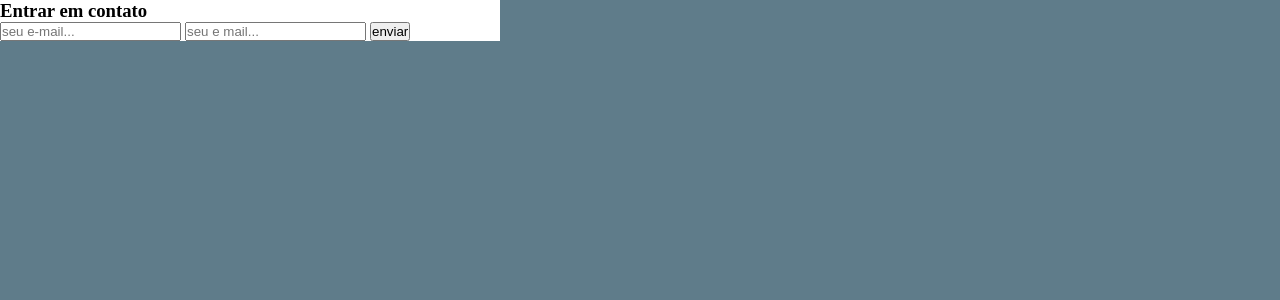
Repository: josceno/Sistema-para-controle-de-experimenta-o-animal
Page: index.html
These files come from the project's save history. The page is drawn as it stood at one moment and after the next save; the edit follows.
The browser window is 1280 px wide. The pictures show the whole page.

Above is the page before, as saved 2021-09-13 14:47:55.

After the next save:
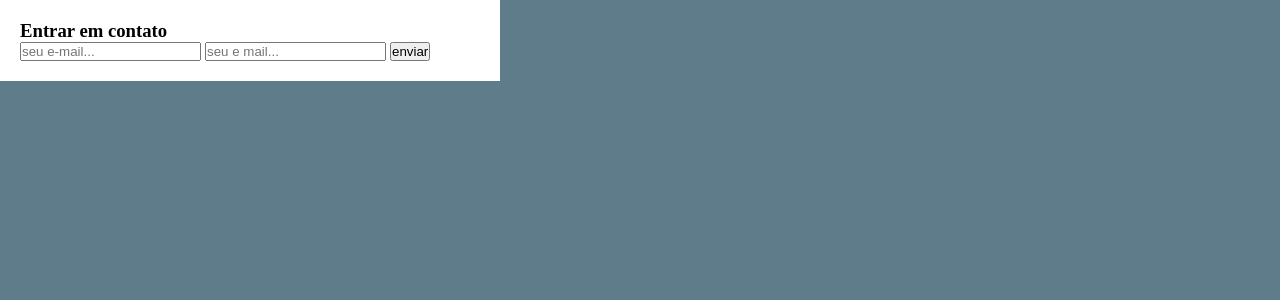
Saved 3 min 9 s later.
--- a/index.html
+++ b/index.html
@@ -13,7 +13,9 @@
         {
             background-color: white;
             max-width: 500px;
-            width: 60%
+            width: 60%;
+            padding:20px;
+
         }
     </style>
 
